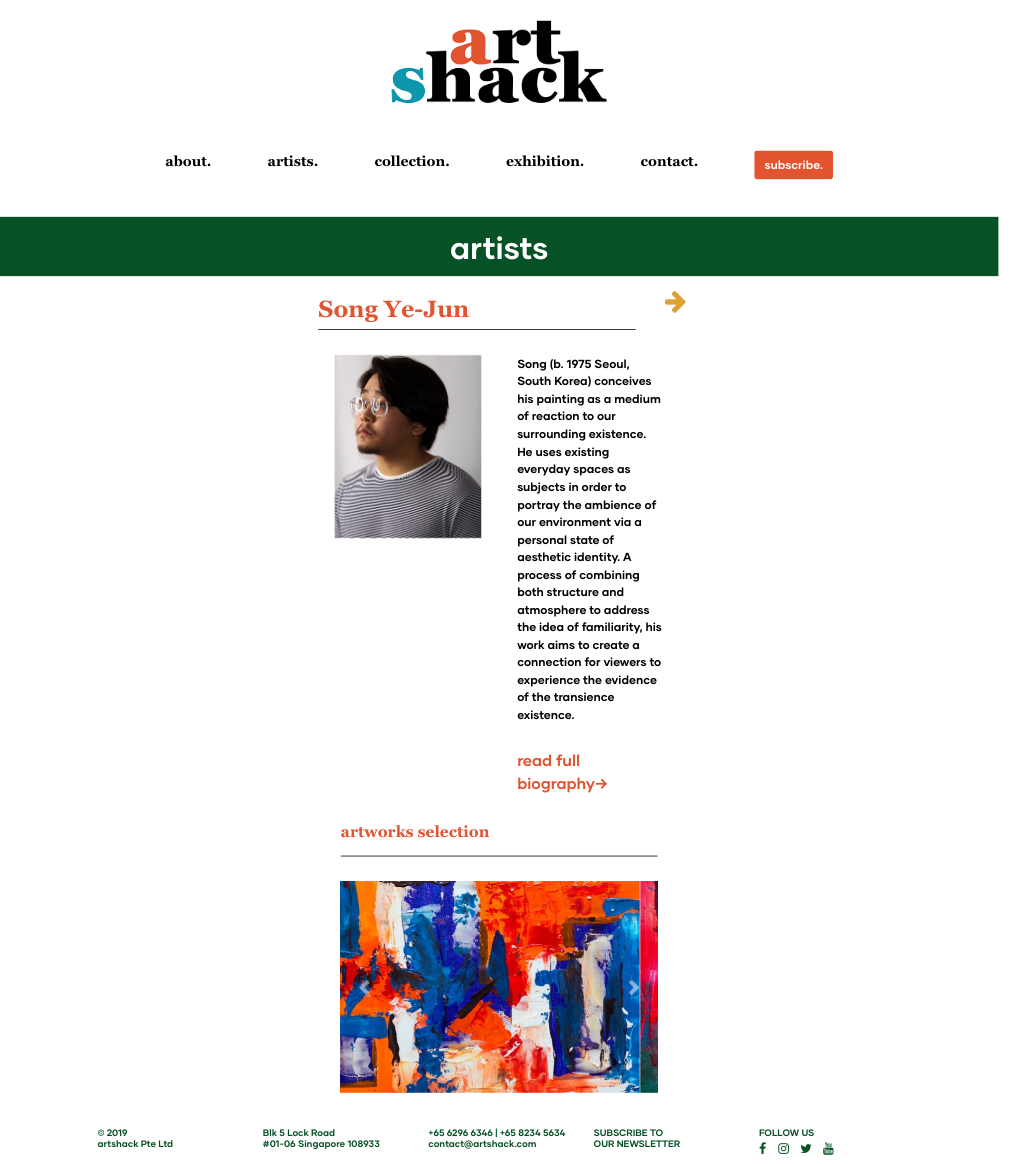
Repository: lynette-lyf/artshack
Page: songyejun.html
The author's editor kept a record of every edit. The page is drawn from the files as they stood at one moment, then again after the next edit.
The browser window is 1280 px wide. The page is 1295 px wide, so the pictures cover 1295 px, including what lies to the right of the window. The pictures show the whole page, at 78% of full size.

Above is the page before.
Not found: artists.css

### songyejun.html
<!doctype html>
<html lang="en">

<head>
  <!-- Required meta tags -->
  <meta charset="utf-8">
  <meta name="viewport" content="width=device-width, initial-scale=1, shrink-to-fit=no">

  <!-- Bootstrap CSS -->
  <link rel="stylesheet" href="https://stackpath.bootstrapcdn.com/bootstrap/4.3.1/css/bootstrap.min.css" integrity="sha384-ggOyR0iXCbMQv3Xipma34MD+dH/1fQ784/j6cY/iJTQUOhcWr7x9JvoRxT2MZw1T" crossorigin="anonymous">
  <link rel="stylesheet" href="artists.css" />
  <link rel="stylesheet" href="https://cdnjs.cloudflare.com/ajax/libs/font-awesome/4.7.0/css/font-awesome.min.css">
  <link href="https://unpkg.com/aos@2.3.1/dist/aos.css" rel="stylesheet">
  <title>artshack | artists</title>

  <style>
/* font converted using font-converter.net. thank you! */
@font-face {
  font-family: "Georgia-Bold";
  src: url("./fonts/georgiab.eot"); /* IE9 Compat Modes */
  src: url("./fonts/georgiab.eot?#iefix") format("embedded-opentype"), /* IE6-IE8 */
    url("./fonts/georgiab.otf") format("opentype"), /* Open Type Font */
    url("./fonts/georgiab.svg") format("svg"), /* Legacy iOS */
    url("./fonts/georgiab.ttf") format("truetype"), /* Safari, Android, iOS */
    url("./fonts/georgiab.woff") format("woff"), /* Modern Browsers */
    url("./fonts/georgiab.woff2") format("woff2"); /* Modern Browsers */
  font-weight: normal;
  font-style: normal;
}


@font-face {
  font-family: "GilmerBold";
  src: url("./fonts/GilmerBold.eot"); /* IE9 Compat Modes */
  src: url("./fonts/GilmerBold.eot?#iefix") format("embedded-opentype"), /* IE6-IE8 */
    url("./fonts/GilmerBold.otf") format("opentype"), /* Open Type Font */
    url("./fonts/GilmerBold.svg") format("svg"), /* Legacy iOS */
    url("./fonts/GilmerBold.ttf") format("truetype"), /* Safari, Android, iOS */
    url("./fonts/GilmerBold.woff") format("woff"), /* Modern Browsers */
    url("./fonts/GilmerBold.woff2") format("woff2"); /* Modern Browsers */
  font-weight: normal;
  font-style: normal;
}

    .logo {
      width: 280px;
    }

    /*Custom BootStrap4 CSS Styling credits to Saranya Rajendran @ https://stackoverflow.com/questions/49400853/how-to-change-navbar-hover-color-on-bootstrap-4/49405726*/

    .navbar-light .navbar-brand {
      color: black;
    }

    .navbar-light .navbar-nav .active>.nav-link,
    .navbar-light .navbar-nav .nav-link.active,
    .navbar-light .navbar-nav .nav-link.show,
    .navbar-light .navbar-nav .show>.nav-link {
      color: black;
    }

    .navbar-light .navbar-nav .nav-link {
      color: black;
    }

    .navbar-light .navbar-nav .nav-link-about,
    .navbar-light .navbar-nav .nav-link-artists,
    .navbar-light .navbar-nav .nav-link-collection,
    .navbar-light .navbar-nav .nav-link-exhibition,
    .navbar-light .navbar-nav .nav-link-contact {
      color: black;
    }

    .navbar-light .navbar-nav .nav-link-about:hover,
    .navbar-light .navbar-nav .nav-link-contact:hover {
      color: rgb(13, 151, 172) !important;
      text-decoration: none;
    }

    .navbar-light .navbar-nav .nav-link-artists:hover {
      color: rgb(6, 81, 37) !important;
      text-decoration: none;
    }

    .navbar-light .navbar-nav .nav-link-collection:hover {
      color: rgb(221, 160, 51) !important;
      text-decoration: none;
    }

    .navbar-light .navbar-nav .nav-link-exhibition:hover {
      color: rgb(226, 83, 47) !important;
      text-decoration: none;
    }

    .navbar ul {
      display: flex;
      align-items: stretch;
      /* Default */
      justify-content: space-around;
      width: 100%;
      background: #fff;
      margin: 0;
      padding: 0;
    }

    .navbar li {
      display: block;
      flex: 0 1 auto;
      /* Default */
      list-style-type: none;
      background: #fff;
    }

    .navbar .nav-item-subscribe {
      color: white;
    }

    .navbar {
      font-family: Georgia-Bold;
      color: black;
      font-size: 18px;
    }

.navbar .navbar-toggler-icon {
  background-image: url(images/navicon.png);!important
}


    form {
      font-family: GilmerBold;
    }

    .form-group .form-control {
      background-color: rgb(6, 81, 37);
      color: white;
    }

    .btn {
      font-family: GilmerBold;
      font-size: 15px;
      color: white;
      background-color: rgb(226, 83, 47);
    }

    .btn:hover {
      color: white;
      background-color: rgb(13, 151, 172);
    }

    .btn:focus {
      color: orange;
    }

    .box {
      background-color: white;
      color: white;
    }

.container-fluid-footer h3 {
  font-family: GilmerBold;
  font-size: 12px;
  color: rgb(6,81,37);
}

.container-fluid-footer h3 a {
  text-decoration: none;
  color: rgb(6,81,37);
}


.container-fluid-footer #socials a {
  text-decoration: none;
  color: rgb(6,81,37);
  margin: 6px;
}

.container-fluid-footer #socials a:hover,
.container-fluid-footer h3 a:hover,
.container-fluid-footer .newsletter:hover{
  color: rgb(221,160,51);
}

@media (max-width: 1023px) {
  .container-fluid-footer .newsletter { display: none; }
}

.container-fluid-artists {
  background-color: rgb(6,81,37);
}

.container-fluid-artists #artists {
  font-family: GilmerBold;
  font-size: 40px;
  color: white;
}

hr {
  margin-top: 0px;
  padding: 0px;
  color: black;
  border-top: 1.5px solid;
}


.container-fluid-artistscontent #S {
  font-family: Georgia-Bold;
  font-size: 30px;
  padding: 0px;
}

.container-fluid-artistscontent #S,
.container-fluid-artistscontent #Sbio,
.container-fluid-artistscontent #Ssel {
  color: rgb(226,83,47);
}

.container-fluid-artistscontent #Sbio {
  text-decoration:none;
  font-family:GilmerBold;
  font-size: 20px;
  text-align: right;
}

.container-fluid-artistscontent #Sbio:hover {
  color: rgb(221,160,51);
}

.container-fluid-artistscontent p {
  font-family: GilmerBold;
  font-size: 15px;
  color: black;
}

.container-fluid-artistscontent #Ssel {
  font-family: Georgia-Bold;
  font-size: 20px;
  padding:0px;
}


.container-fluid-artists .row #artistsnav h2 {
  font-family: Georgia-Bold;
  font-size:15px;
  color:white;
}

.container-fluid-artists .row #artistsnav a {
  text-decoration:none;
  color:white;
}

.container-fluid-artists .row #artistsnav a:hover {
  color: rgb(221,160,51);
}

.container-fluid-artistscontent a i:hover {
  color: rgb(6,81,37);
}

.container-fluid-artistscontent a i {
font-size:2em; color:rgb(221,160,51)


  </style>

</head>



<header>
  <!--LOGO WITH NAVIGATION TO HOMEPAGE-->
  <div class="container-fluid">
    <div class="logo mx-auto pt-4">
      <a href="index.html"><img class="img-fluid" src="images/logo.png"></img></a>
    </div>

  </div>

  <div class="container-fluid pl-0 pr-0">
    <!--Navbar credits to https://getbootstrap.com/docs/4.3/components/navbar/-->
    <nav class="navbar navbar-expand-lg navbar-light bg-nobg w-75 d-block mx-auto">
      <a class="navbar-brand" href="#"></a>
      <button class="navbar-toggler" style="border:none;" type="button" data-toggle="collapse" data-target="#navbarNav" aria-controls="navbarNav" aria-expanded="false" aria-label="Toggle navigation">
    <span class="navbar-toggler-icon"></span>
  </button>
      <div class="collapse navbar-collapse" id="navbarNav">
        <ul class="navbar-nav">
          <li class="nav-item active">
            <a class="nav-link-about" href="about.html">about.</a>
          </li>
          <li class="nav-item">
            <a class="nav-link-artists" href="artists-list.html">artists.</a>
          </li>
          <li class="nav-item">
            <a class="nav-link-collection" href="index.html#collection">collection.</a>
          </li>
          <li class="nav-item">
            <a class="nav-link-exhibition" href="index.html#current-exhibition">exhibition.</a>
          </li>
          <li class="nav-item">
            <a class="nav-link-contact" href="index.html#contact">contact.</a>
          </li>
          <!--Modal credits to https://mdbootstrap.com/docs/jquery/modals/forms/-->
          <li class="nav-item-subscribe">
            <a class="btn btn-default btn-rounded mb-4" data-toggle="modal" data-target="#modalSubscriptionForm">subscribe.</a>
          </li>
          <div class="modal fade" id="modalSubscriptionForm" tabindex="-1" role="dialog" aria-labelledby="myModalLabel" aria-hidden="true">
            <div class="modal-dialog" role="document">
              <div class="modal-content" style="background-color:rgb(221,160,51);">
                <div class="modal-header text-center mx-auto" style="color: white;background-color:rgb(221,160,51);">
                  <h4 class="modal-title">Subscribe to our Newsletter
                    <div style="font-size: 14px">(& get exclusive invitations to
                      <div> our exhibition openings!)</div>
                    </div>
                  </h4>
                  <button type="button" class="close" data-dismiss="modal" aria-label="Close">
          <span aria-hidden="true">&times;</span>
        </button>
                </div>
                <div class="modal-body" style="color: white;background-color:rgb(6,81,37);">
                  <div class="md-form mb-1 mt-2 mx-3">
                    <input type="text" id="form3" class="form-control validate">
                    <label data-error="wrong" data-success="right" for="form3">name</label>
                  </div>



                  <div class="md-form mx-3">
                    <input type="email" id="form2" class="form-control validate">
                    <label data-error="wrong" data-success="right" for="form2">email address</label>
                  </div>

                </div>
                <div class="modal-footer d-flex justify-content-center" style="color: white;background-color:rgb(226,83,47);>
                <button id="submit" type="submit" class="btn" data-dismiss="modal">Subscribe</button>
      </div>
    </div>
  </div>
</div>
        </ul>
      </div>
    </nav>
</header>

<body>
<!--ARTISTS-->
<div class="container-fluid-artists mt-3">
            <div class="row ">
              <div class="col text-center my-2 mx-3" id="artists"><a href="artists.html" style="text-decoration:none; color:white;">artists</a></div>
            </div>
</div>

<!--Artist 2-->
<div class="container-fluid-artistscontent mt-3">
<div class="row justify-content-center">
<div class="col col-xl-4 col-lg-8 col-md-10 col-sm-12 mx-2 my-2"><h1 id="S">Song Ye-Jun</h1><hr></div>
<a href="doantuly.html"><div class="col-2" id="next"><i class="fa fa-arrow-right"></i></div></a>
</div>

<div class="row justify-content-center">
<div class="col col-xl-2 col-lg-4 col-md-5 col-sm-12 mx-2 my-2"><img class="img-fluid" src="images/artist2.jpg"></div>
<div class="col col-xl-2 col-lg-4 col-md-5 col-sm-12 mx-2 my-2"><p>Song (b. 1975 Seoul, South Korea) conceives his painting
as a medium of reaction to our surrounding existence. He uses existing everyday spaces as subjects in order to portray the
ambience of our environment via a personal state of aesthetic identity. A process of combining both structure and atmosphere
 to address the idea of familiarity, his work aims to create a connection for viewers to experience the evidence of the
 transience existence.<div class="artistbio pt-3">
<a href="https://www.asiacontemporaryart.com/artists/dir_attachments/815_0.pdf" id="Sbio">read full biography→<a></div></p></div>
</div>

<div class="row justify-content-center">
<div class="col col-xl-4 col-lg-8 col-md-10 col-sm-12 mx-2 my-2"><p id="Ssel">artworks selection</p><hr></div>
</div>

<div class="row justify-content-center">
<div class="col col-xl-4 col-lg-8 col-md-10 col-sm-12 mx-2 my-2">

<div id="carouselExampleControls" class="carousel slide" data-ride="carousel">
  <div class="carousel-inner">
    <div class="carousel-item active">
      <img src="images/artist2work1.jpg" class="d-block w-100" alt="...">
    </div>
    <div class="carousel-item">
      <img src="images/artist2work2.jpg" class="d-block w-100" alt="...">
    </div>
    <div class="carousel-item">
      <img src="images/artist2work3.jpg" class="d-block w-100" alt="...">
    </div>
  </div>
  <a class="carousel-control-prev" href="#carouselExampleControls" role="button" data-slide="prev">
    <span class="carousel-control-prev-icon" aria-hidden="true"></span>
    <span class="sr-only">Previous</span>
  </a>
  <a class="carousel-control-next" href="#carouselExampleControls" role="button" data-slide="next">
    <span class="carousel-control-next-icon" aria-hidden="true"></span>
    <span class="sr-only">Next</span>
  </a>
</div>
</div>
</div>
</div>
</div>



                <!-- Optional JavaScript -->
                <!-- jQuery first, then Popper.js, then Bootstrap JS -->
                <script src="https://code.jquery.com/jquery-3.3.1.slim.min.js " integrity="sha384-q8i/X+965DzO0rT7abK41JStQIAqVgRVzpbzo5smXKp4YfRvH+8abtTE1Pi6jizo " crossorigin="anonymous ">
                </script>
                <script src="https://cdnjs.cloudflare.com/ajax/libs/popper.js/1.14.7/umd/popper.min.js " integrity="sha384-UO2eT0CpHqdSJQ6hJty5KVphtPhzWj9WO1clHTMGa3JDZwrnQq4sF86dIHNDz0W1 " crossorigin="anonymous ">
                </script>
                <script src="https://stackpath.bootstrapcdn.com/bootstrap/4.3.1/js/bootstrap.min.js " integrity="sha384-JjSmVgyd0p3pXB1rRibZUAYoIIy6OrQ6VrjIEaFf/nJGzIxFDsf4x0xIM+B07jRM " crossorigin="anonymous ">
                </script>
                <script src="https://unpkg.com/aos@2.3.1/dist/aos.js"></script>
</body>


<footer>

<!--PAGE FOOTER-->
  <div class="container-fluid-footer">
  <div class="box">&nbsp;</div>
            <div class="row justify-content-center pt-1 mx-1 mt-2 mb-2">
              <div class="column col-xl-2 col-lg-2 col-md-3 col-sm-10">
<h3 class="copyright">© 2019<br>artshack Pte Ltd</h3>
</div>
<div class="column col-xl-2 col-lg-3 col-md-3 col-sm-10">
<h3 class="address">Blk 5 Lock Road<br> #01-06 Singapore 108933</h3>
</div>

<div class="column col-xl-2 col-lg-3 col-md-3 col-sm-10 ">
<h3 class="contactinfo">+65 6296 6346  |  +65 8234 5634<br><a href="mailto:contact@artshack.com">contact@artshack.com</a></h3>
</div>

<div class="column col-xl-2 col-lg-2 col-md-0 col-sm-0">
<h3 class="newsletter"><a data-toggle="modal" data-target="#modalSubscriptionForm">SUBSCRIBE TO<br>OUR NEWSLETTER</h3></a>
</div>

<div class="column col-xl-2 col-lg-2 col-md-3 col-sm-10 " id="socials">
<h3 class="socials" style="padding: 0px; margin: 0px;">FOLLOW US</h3>
  <a style="margin-left:0px;" href="https://www.facebook.com"><i class="fa fa-facebook"></i></a>
  <a style="margin:5px" href="https://www.instagram.com"><i class="fa fa-instagram"></i></a>
  <a style="margin:5px" href="https://www.twitter.com"><i class="fa fa-twitter"></i></a>
  <a style="margin:5px" href="https://www.youtube.com"><i class="fa fa-youtube"></i></a>
</div>

</div>
</div>
</div>





</footer>

</html>

After the next edit:
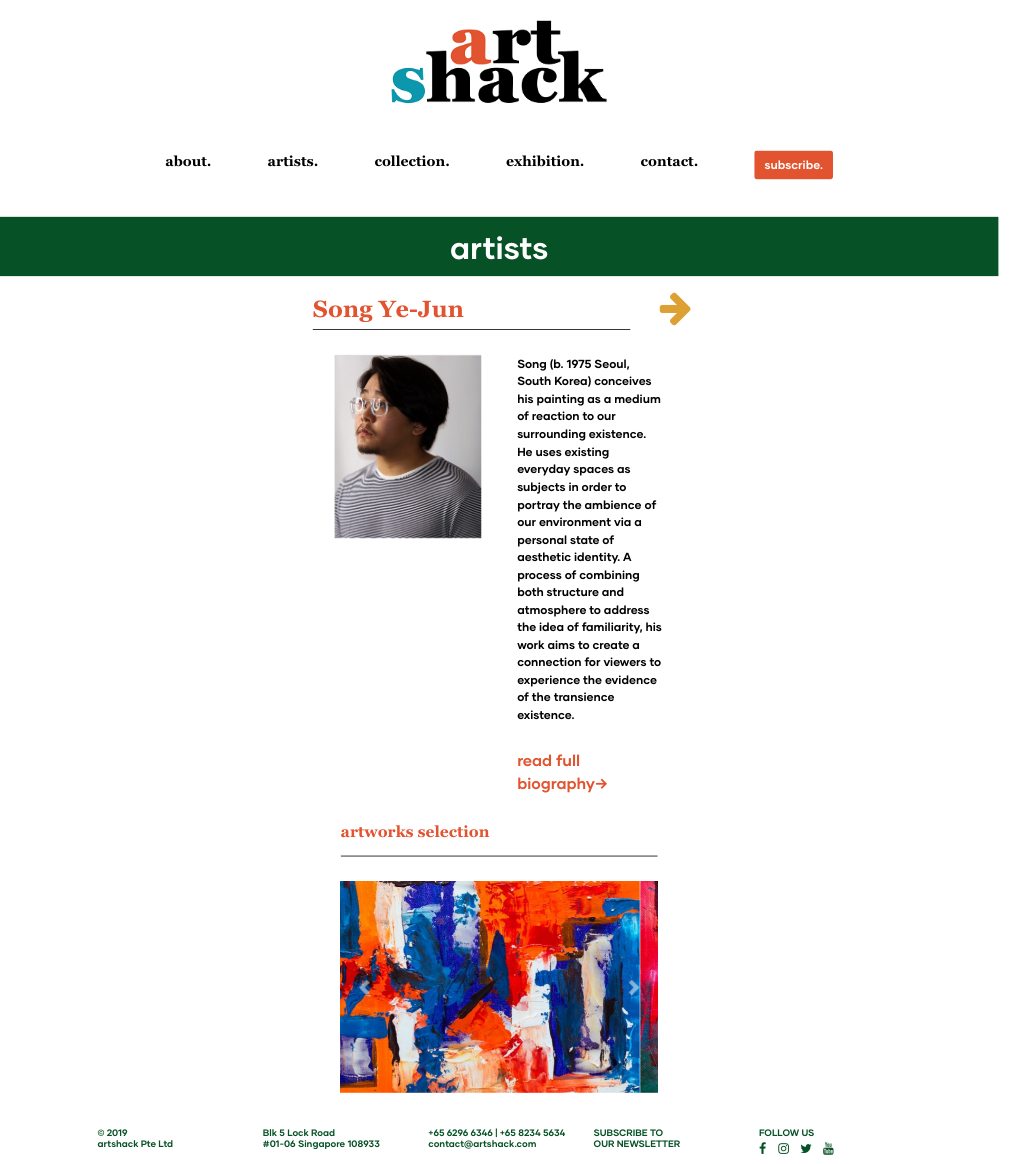
The edit:
--- a/songyejun.html
+++ b/songyejun.html
@@ -258,8 +258,9 @@
 }
 
 .container-fluid-artistscontent a i {
-font-size:2em; color:rgb(221,160,51)
-
+font-size:3em;
+color:rgb(221,160,51)
+}
 
   </style>
 
